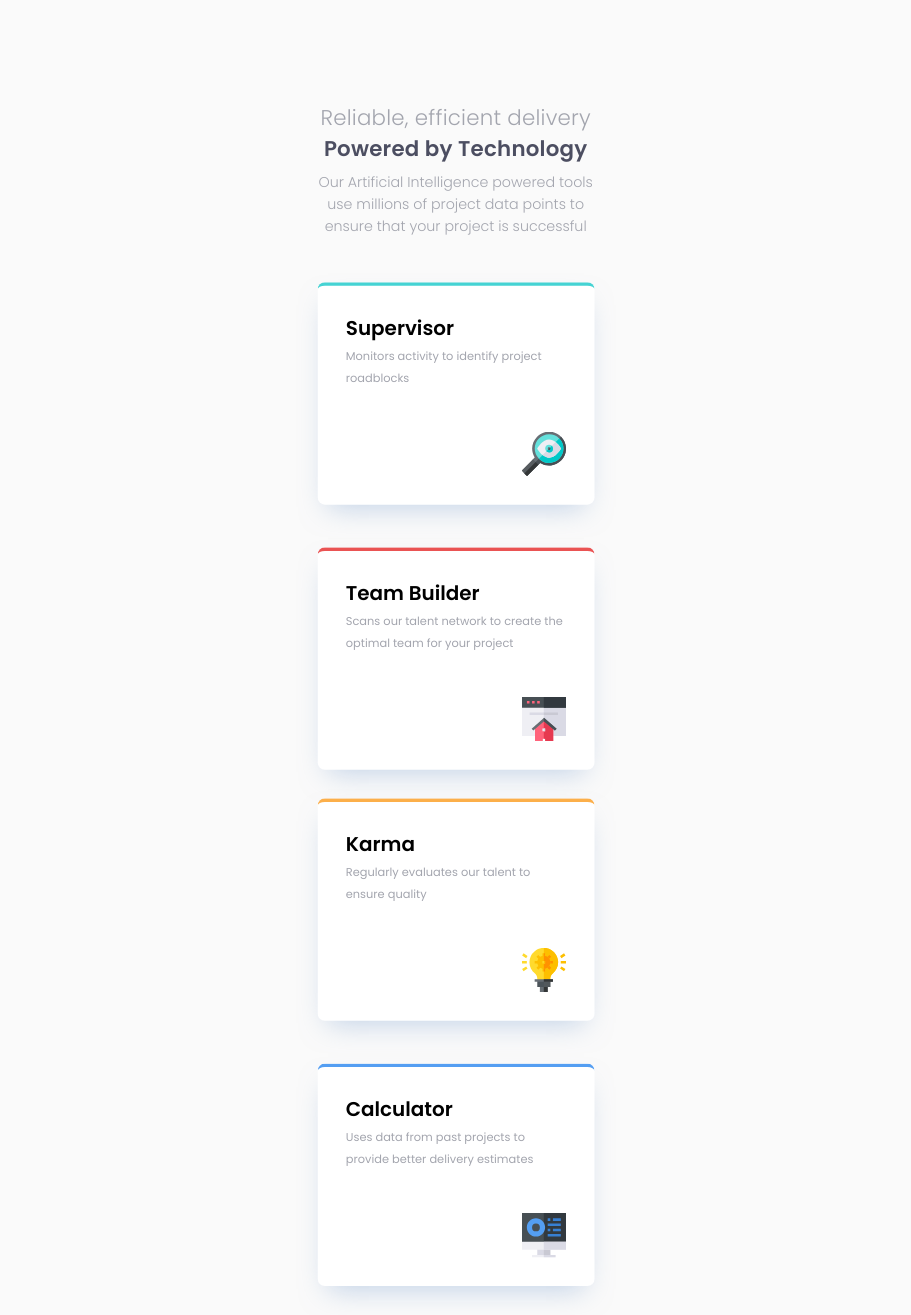
Repository: brandontaylor1/four-card-feature
Page: index.html
An editor plug-in stored every save of this project. The page is shown before and after the next save, followed by the edit.
The browser window is 1024 px wide. The pictures show the whole page, at 89% of full size.

Above is the page before, as saved 2025-01-10 20:20:50.

After the next save:
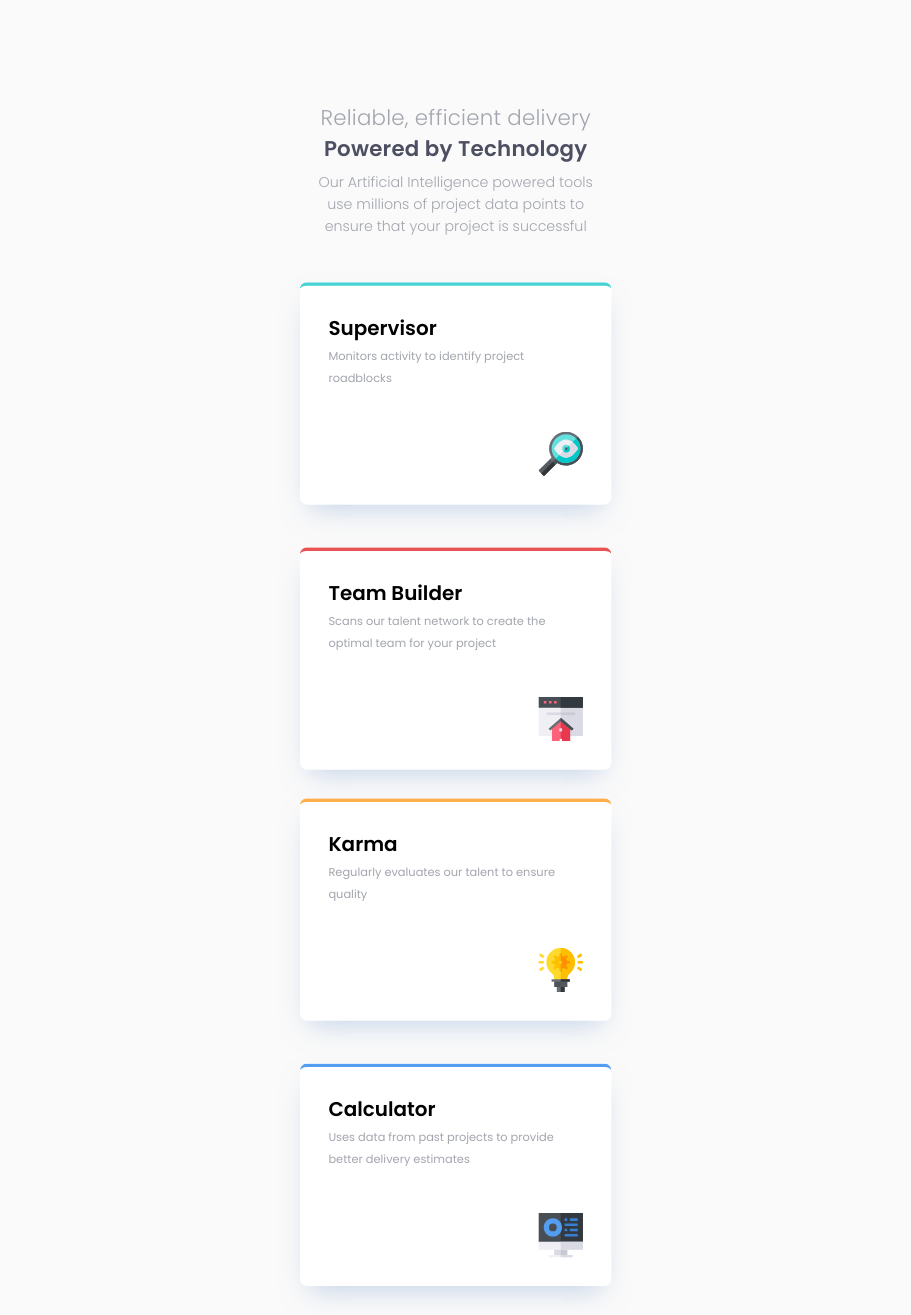
Saved 23 min 41 s later.
--- a/styles.css
+++ b/styles.css
@@ -159,9 +159,9 @@
         font-weight: 300;
     }
 
-    .card {
+    /* .card {
         width: 311px;
-    }
+    } */
 
     .column-container {
         grid-template-columns: 1fr;
